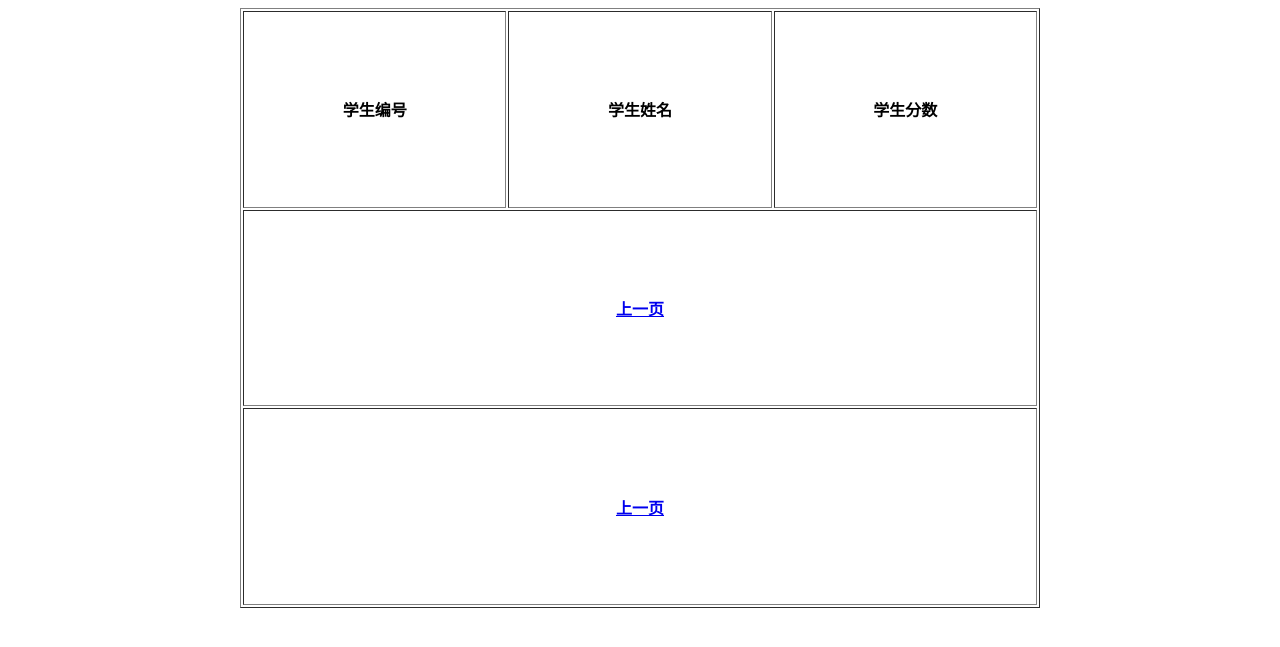
Repository: byuan98/study
Page: http://localhost/day071web/test/getallstudentpaging?pageNumber=-1
These files come from the project's save history. The page is drawn as it stood at one moment and after the next save; the edit follows.
The browser window is 1280 px wide. The pictures show the whole page.
The page is served by Tomcat 9. Other server files are loaded and not shown. Queries for data that is not in the repository find no rows.

Above is the page before, as saved 2021-03-30 15:25:27.

### day071web/WebContent/jsp/pagingoptimization.jsp
<%@ page language="java" contentType="text/html; charset=UTF-8" pageEncoding="UTF-8"%>
<%@ taglib prefix="core" uri="http://java.sun.com/jsp/jstl/core"%>
<!DOCTYPE html>
<html>
<head>
<meta charset="UTF-8">
<title>分页效果</title>
</head>
<body>
  <core:if test="${empty requestScope.paging}">
    <jsp:forward page="/test/getallstudentpaging"/>
  </core:if>
  <table align="center" border="solid" height="600px" width="800px">
    <tr>
      <th>学生编号</th><th>学生姓名</th><th>学生分数</th>
    </tr>
    <core:forEach items="${requestScope.paging.list}" var="stu">
      <tr>
        <td>${stu.stuid}</td>
        <td>${stu.stuname}</td>
        <td>${stu.stuscore}</td>
      </tr>
    </core:forEach>
    <tr>
      <th colspan="5">
        <core:if test="${requestScope.paging.pageNumber!=1}">
          <a href="<core:url value='/test/getallstudentpaging?pageNumber=${requestScope.studentpaging.pageNumber-1}'/>">上一页</a>
        </core:if>
        <core:forEach begin="1" end="${requestScope.paging.pageTotal}" var="pn">
          <core:choose>
            <core:when test="${pn != requestScore.paging.pageNumber}">
              <a href="<core:url value='/test/getallstudentpaging?pageNumber=${pn}'/>">${pn}</a>
            </core:when>
            <core:otherwise>
              <a>[${pn}]</a>
            </core:otherwise>
          </core:choose>
        </core:forEach>
        <core:if test="${requestScope.paging.pageNumber lt requestScope.paging.pageTotal}">
          <a href="<core:url value='/test/getallstudentpaging?pageNumber=${requestScope.paging.pageNumber+1}'/>">下一页</a>
        </core:if>
      </th>
    </tr>



    <tr>
    <%--第二种分页 --%>
          <th colspan="5">
            <core:if test="${requestScope.paging.pageNumber!=1}">
               <a href="<core:url value='/test/getallstudentpaging?pageNumber=${requestScope.paging.pageNumber-1}'/>">上一页</a>
             </core:if>
           <core:set var="num" value="5"/><%--记录页面显示的页数选项 5为最多5页  num为总页数 --%>
           <core:choose>
             <core:when test="${requestScope.paging.pageNumber <num/2}">
               <c:set var="startNum" value="1"></c:set>
             </core:when>
              <core:when test="${requestScope.paging.pageNumber > requestScope.fenye.pageTotal -num/2}">
                <core:set var="startNum" value="${requestScope.paging.pageTotal-num+1}"/>
              </core:when>
               <core:otherwise>
                 <core:set var="startNum" value="${requestScope.paging.pageNumber-num/2+1}"/>
                </core:otherwise>
             </core:choose>
            <core:if test="${startNum<=0}">
              <core:set var="startNum" value="1"/>
             </core:if>
             <core:set var="endNum" value="${startNum+num-1}"/>
            <core:if test="${endNum > requestScope.paging.pageTotal}">
             <core:set var="endNum" value="${requestScope.paging.pageTotal}"/>
                </core:if>
    </tr>
  </table>
</body>
</html>

### day071web/src/servlet/GetAllStudentPaging.java
package servlet;

import java.io.IOException;
import java.util.List;

import javax.servlet.ServletException;
import javax.servlet.annotation.WebServlet;
import javax.servlet.http.HttpServlet;
import javax.servlet.http.HttpServletRequest;
import javax.servlet.http.HttpServletResponse;

import bean.PagingBean;
import dao.StudentDao;
import entity.Student;

@WebServlet("/test/getallstudentpaging")
public class GetAllStudentPaging extends HttpServlet{
    protected void doGet(HttpServletRequest req, HttpServletResponse resp) throws ServletException, IOException {
        Integer pageNumber;
        Integer pageSize=6;//每页记录的数量
        try {
            pageNumber=new Integer(req.getParameter("pageNumber"));
        }catch(NumberFormatException e) {//如果获取不到数字
            pageNumber=1;
        }

        Integer count=new StudentDao().getStudentCount();//获取总记录数
        PagingBean<Student> paging=new PagingBean<Student>();
        paging.setCount(count);
        paging.setPageSize(pageSize);
        paging.setPageNumber(pageNumber);

        List<Student> partStudent=new StudentDao().getAllStudentPaging(paging.getStartIndex(), paging.getPageSize());

        paging.setList(partStudent);

        req.setAttribute("paging", paging);
        req.getRequestDispatcher("/jsp/pagingoptimization.jsp").forward(req, resp);
    }

    protected void doPost(HttpServletRequest req, HttpServletResponse resp) throws ServletException, IOException {
        doGet(req, resp);
    }
}

### day071web/src/dao/StudentDaoInter.java
package dao;

import java.util.ArrayList;

import entity.Student;

public interface StudentDaoInter {
//    查询所有学生
    public ArrayList<Student> getAllStudent();

//    查询所有学生并进行分页，传入两个参数，startIndex起始位置，pageSize每页的显示数量
    public ArrayList<Student> getAllStudentPaging(Integer startIndex, Integer pageSize);


    public Integer getStudentCount();
}

### day071web/src/dao/StudentDao.java
package dao;

import java.sql.Connection;
import java.sql.PreparedStatement;
import java.sql.ResultSet;
import java.sql.SQLException;
import java.util.ArrayList;

import entity.Student;
import util.JdbcUtil;

public class StudentDao implements StudentDaoInter{
    public ArrayList<Student> getAllStudent() {
        Connection con=null;
        PreparedStatement pre=null;
        ResultSet set=null;
        String sql="select * from student";
        ArrayList<Student> allStudent=new ArrayList<Student>();

        try {
            con=JdbcUtil.getConnection();
            pre=con.prepareStatement(sql);
            set=pre.executeQuery();

            while(set.next()) {
                Integer stuid=set.getInt("stuid");
                String stuname=set.getString("stuname");
                Double stuscore=set.getDouble("stuscore");
                allStudent.add(new Student(stuid, stuname, stuscore));
            }
        }catch(SQLException e) {
            throw new RuntimeException(e);
        }finally {
            JdbcUtil.close(con, pre, set);
        }
        return allStudent;
    }


    public ArrayList<Student> getAllStudentPaging(Integer startIndex, Integer pageSize) {
        Connection con=null;
        PreparedStatement pre=null;
        ResultSet set=null;
        String sql="select * from student limit ?,?";
        ArrayList<Student> partStudent=new ArrayList<Student>();
        try {
            con=JdbcUtil.getConnection();
            pre=con.prepareStatement(sql);
            pre.setInt(1, startIndex);//startIndex起始位置
            pre.setInt(2, pageSize);//pageSize每页显示的总数
            set=pre.executeQuery();
            while(set.next()) {
                Integer stuid=set.getInt("stuid");
                String stuname=set.getString("stuname");
                Double stuscore=set.getDouble("stuscore");
                partStudent.add(new Student(stuid, stuname, stuscore));
            }
        }catch(SQLException e) {
            throw new RuntimeException(e);
        }finally {
            JdbcUtil.close(con, pre, set);
        }
        return partStudent;
    }


    public Integer getStudentCount() {
        Connection con=null;
        PreparedStatement pre=null;
        ResultSet set=null;
        String sql="select count(*) count from student";
        Integer count=0;
        try {
            con=JdbcUtil.getConnection();
            pre=con.prepareStatement(sql);
            set=pre.executeQuery();
            if(set.next()) {
                count=set.getInt("count");
            }
        }catch(SQLException e) {
            throw new RuntimeException(e);
        }finally {
            JdbcUtil.close(con, pre, set);
        }
        return count;
    }
}

### day071web/src/util/JdbcUtil.java
package util;

import java.sql.Connection;
import java.sql.DriverManager;
import java.sql.ResultSet;
import java.sql.SQLException;
import java.sql.Statement;

public class JdbcUtil {
    private static final String DRIVER_NAME;
    private static final String URL;
    private static final String USER;
    private static final String PASSWORD;

    static {
        DRIVER_NAME="com.mysql.jdbc.Driver";
        URL="jdbc:mysql://192.168.217.14:3306/study";
        USER="root";
        PASSWORD="root";

        try {
            Class.forName(DRIVER_NAME);
        } catch (ClassNotFoundException e) {
            throw new RuntimeException(e);
        }
    }

    public static Connection getConnection() {
        try {
            return DriverManager.getConnection(URL, USER, PASSWORD);
        } catch (SQLException e) {
            throw new RuntimeException(e);
        }
    }
    public static void close(Connection con, Statement sta, ResultSet set) {
        try {
            if(con!=null) {con.close();}
            if(sta!=null) {sta.close();}
            if(set!=null) {set.close();}
        } catch (SQLException e) {
            throw new RuntimeException(e);
        }
    }

    public static void main(String[] args) {
        Connection con=getConnection();
        System.out.println(con);
        close(con, null, null);
    }
}

### day071web/src/bean/PagingBean.java
package bean;

import java.util.List;

public class PagingBean<E>{//泛型类，此类中涉及到的某个类型是变量
    private Integer pageNumber;//当前页数
    private Integer pageTotal;//总页数
    private Integer pageSize;//每页记录数
    private Integer count;//总记录数
    private Integer startIndex;//起始索引
    private List<E> list;//当前页要显示的记录信息
    private String queryString;//查询条件

    public PagingBean() {

    }
    public PagingBean(Integer pageNumber, Integer pageSize, Integer count, List<E> list) {
        this.pageNumber = pageNumber;//当前页数
        this.pageSize = pageSize;//每页记录数
        this.count = count;//总记录数
        this.list = list;//当前页要显示的记录信息
    }

    public Integer getPageNumber() {
        return pageNumber;
    }
    public void setPageNumber(Integer pageNumber) {
        if(pageNumber<=0) {pageNumber=1;}
        pageNumber=pageNumber>getPageTotal()?getPageTotal():pageNumber;

        this.pageNumber = pageNumber;
    }
    public Integer getPageTotal() {
        return count/getPageSize()+(count%getPageSize()==0?0:1);
    }
//    public void setPageTotal(Integer pageTotal) {//总页数
//        this.pageTotal = pageTotal;
//    }
    public Integer getPageSize() {
        return pageSize;
    }
    public void setPageSize(Integer pageSize) {
        this.pageSize = pageSize;
    }
    public Integer getCount() {
        return count;
    }
    public void setCount(Integer count) {
        this.count = count;
    }
    public Integer getStartIndex() {
        return (pageNumber-1)*pageSize;
    }
//    public void setStartIndex(Integer startIndex) {//起始索引是算出来的不需要set方法
//        this.startIndex = startIndex;
//    }
    public List<E> getList() {
        return list;
    }
    public void setList(List<E> list) {
        this.list = list;
    }
    public String getQueryString() {
        return queryString;
    }
    public void setQueryString(String queryString) {
        this.queryString = queryString;
    }
}

After the next save:
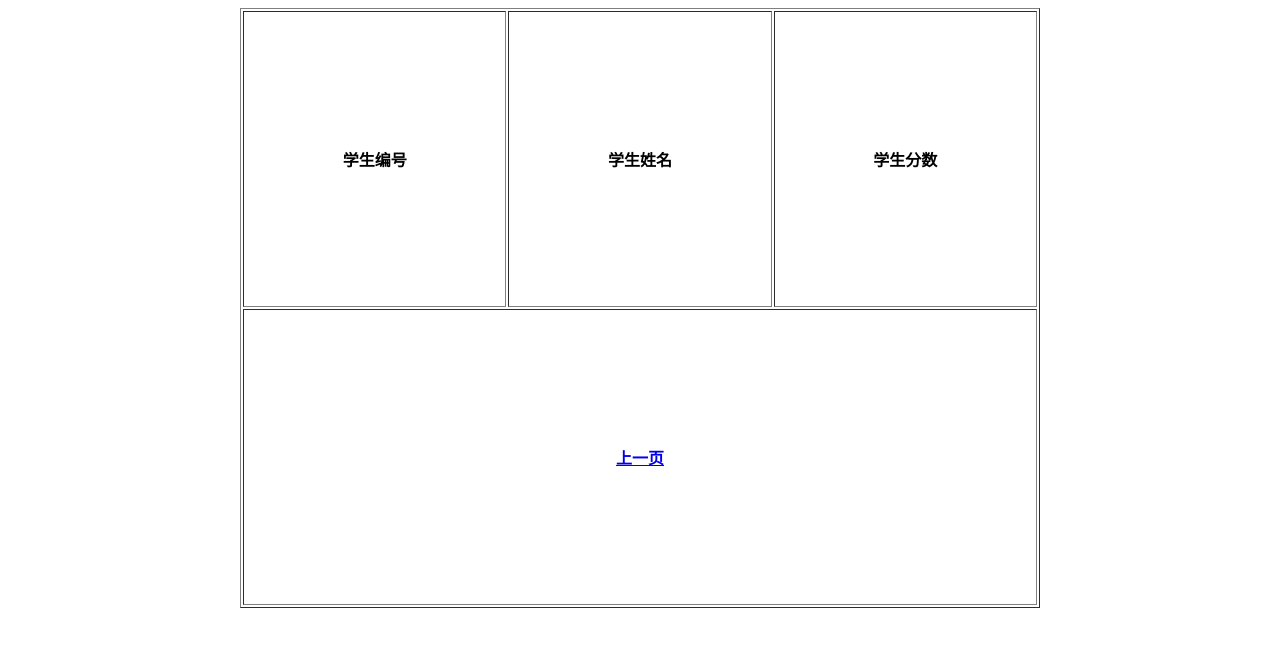
Saved 3 min 5 s later.
--- a/day071web/WebContent/jsp/pagingoptimization.jsp
+++ b/day071web/WebContent/jsp/pagingoptimization.jsp
@@ -21,28 +21,6 @@
         <td>${stu.stuscore}</td>
       </tr>
     </core:forEach>
-    <tr>
-      <th colspan="5">
-        <core:if test="${requestScope.paging.pageNumber!=1}">
-          <a href="<core:url value='/test/getallstudentpaging?pageNumber=${requestScope.studentpaging.pageNumber-1}'/>">上一页</a>
-        </core:if>
-        <core:forEach begin="1" end="${requestScope.paging.pageTotal}" var="pn">
-          <core:choose>
-            <core:when test="${pn != requestScore.paging.pageNumber}">
-              <a href="<core:url value='/test/getallstudentpaging?pageNumber=${pn}'/>">${pn}</a>
-            </core:when>
-            <core:otherwise>
-              <a>[${pn}]</a>
-            </core:otherwise>
-          </core:choose>
-        </core:forEach>
-        <core:if test="${requestScope.paging.pageNumber lt requestScope.paging.pageTotal}">
-          <a href="<core:url value='/test/getallstudentpaging?pageNumber=${requestScope.paging.pageNumber+1}'/>">下一页</a>
-        </core:if>
-      </th>
-    </tr>
-
-
 
     <tr>
     <%--第二种分页 --%>

After the save that followed:
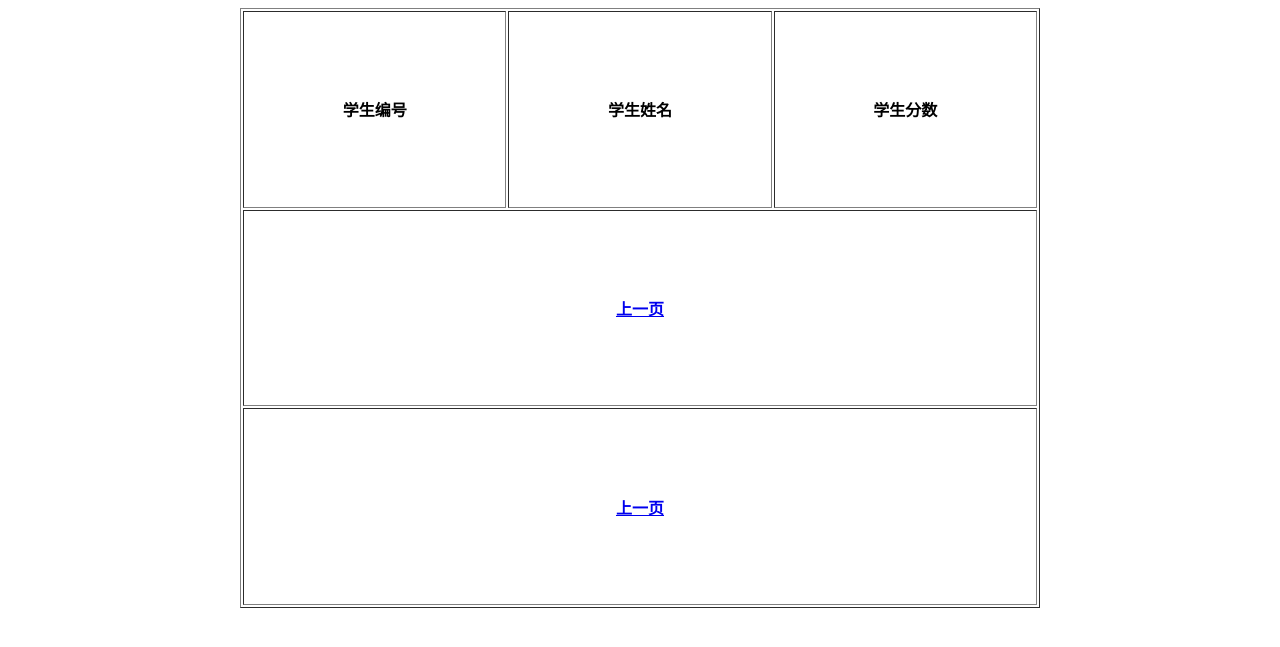
Saved 19 s later.
--- a/day071web/WebContent/jsp/pagingoptimization.jsp
+++ b/day071web/WebContent/jsp/pagingoptimization.jsp
@@ -21,6 +21,28 @@
         <td>${stu.stuscore}</td>
       </tr>
     </core:forEach>
+    <tr>
+      <th colspan="5">
+        <core:if test="${requestScope.paging.pageNumber!=1}">
+          <a href="<core:url value='/test/getallstudentpaging?pageNumber=${requestScope.studentpaging.pageNumber-1}'/>">上一页</a>
+        </core:if>
+        <core:forEach begin="1" end="${requestScope.paging.pageTotal}" var="pn">
+          <core:choose>
+            <core:when test="${pn != requestScore.paging.pageNumber}">
+              <a href="<core:url value='/test/getallstudentpaging?pageNumber=${pn}'/>">${pn}</a>
+            </core:when>
+            <core:otherwise>
+              <a>[${pn}]</a>
+            </core:otherwise>
+          </core:choose>
+        </core:forEach>
+        <core:if test="${requestScope.paging.pageNumber lt requestScope.paging.pageTotal}">
+          <a href="<core:url value='/test/getallstudentpaging?pageNumber=${requestScope.paging.pageNumber+1}'/>">下一页</a>
+        </core:if>
+      </th>
+    </tr>
+
+
 
     <tr>
     <%--第二种分页 --%>
